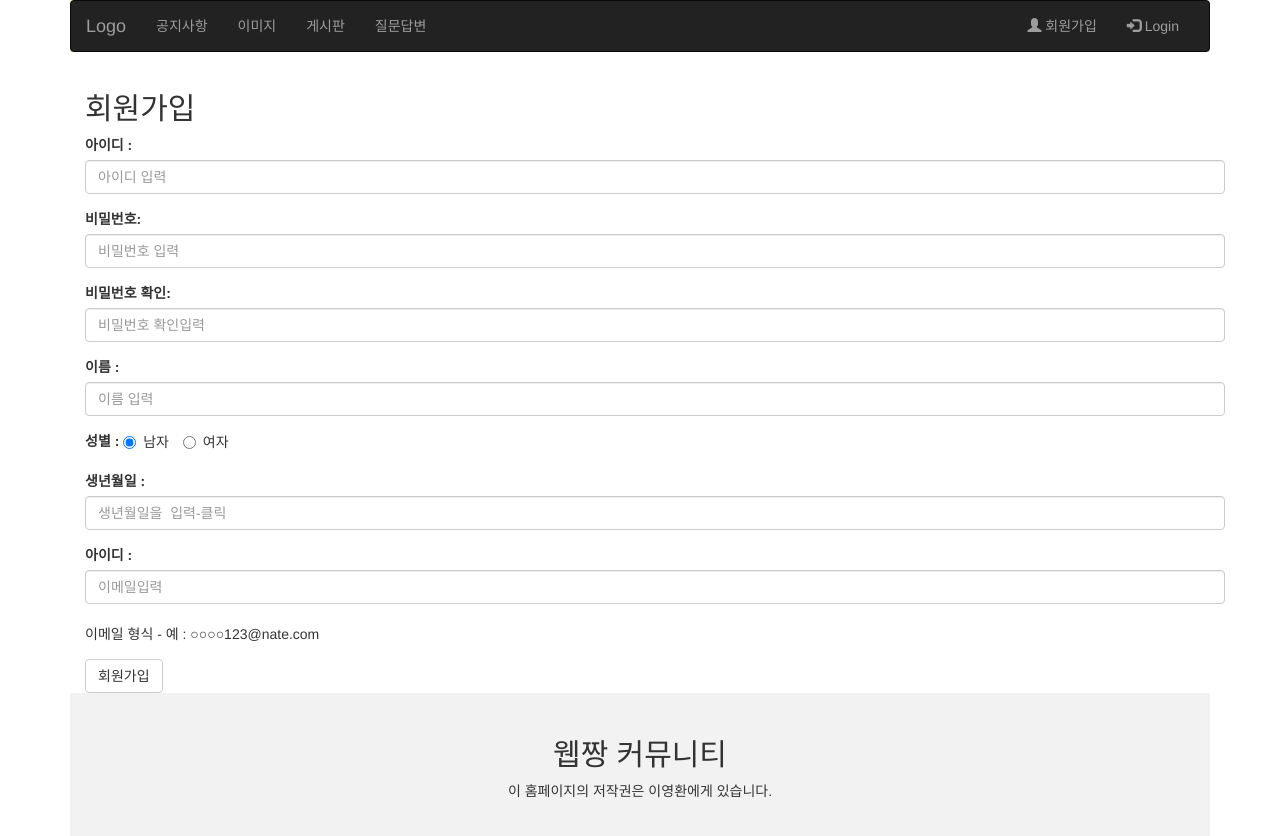
Repository: xo461/test
Page: http://localhost/webjjangcom_ver2/member/joinForm.jsp
The author's editor kept a copy of each file at every save. The page is drawn from the files as they stood at one save, then again after the next save.
The browser window is 1280 px wide. The pictures show the whole page.
Some web libraries are served in a nearby version. The page is served by Tomcat 9. Other server files are loaded and not shown. The template is opened directly, without the code that normally fills it, so the values that code supplies are empty.

Above is the page before, as saved 2019-11-13 03:42:43.

### web/webjjangcom_ver2/WebContent/WEB-INF/sitemesh.xml
<?xml version="1.0" encoding="UTF-8"?>
<!DOCTYPE XML>
<!-- 작성자 : 이영환 -->
<!-- 작성일 : 2018-11-14 -->
<!-- sitemesh 설정에 대한 정의 xml 파일 -->
<sitemesh>
	<!-- 레이아웃 꾸미기는 /WEB-INF/decorators.xml로 정의 -->
	<property name="decorators-file" value="/WEB-INF/decorators.xml" />
	<!-- 위에 property로 정의된 xml를 포함 시킨다. -->
	<excludes file="${decorators-file}" />

	<!-- HTML 분해 객체 선택 : title, head, body-->
	<page-parsers>
		<parser content-type="text/html"
			class="com.opensymphony.module.sitemesh.parser.HTMLPageParser" />
	</page-parsers>

	<!-- HTML 조립기 -->
	<decorator-mappers>
		<mapper

			class="com.opensymphony.module.sitemesh.mapper.ConfigDecoratorMapper">
			<param name="config" value="${decorators-file}" />
		</mapper>
	</decorator-mappers>
</sitemesh>

### web/webjjangcom_ver2/WebContent/WEB-INF/decorators.xml
<?xml version="1.0" encoding="UTF-8"?>
<!DOCTYPE XML>
<!-- 작성자 : 이영환 -->
<!-- 작성일 : 2018-11-14 -->
<!-- 꾸미기(레이아웃)에 대한 선언 -->
<decorators defaultdir="/WEB-INF/views/decorator">
	<!-- hello에 대한 요청이 들어오면 적용시키는 레이아웃 선언 -->
	<decorator name="main" page="default_decorator.jsp">
		<!-- url 패턴 중에서 적용이 안되는(패턴의 충돌) 패턴이 있으면 *를 제거하고 적용하세요. -->
<!-- 		<pattern>/</pattern> -->
		<pattern>/main</pattern>
		<pattern>/notice/*</pattern>
		<pattern>/board/*</pattern>
		<pattern>/member/*</pattern>
		<pattern>/qna/*</pattern>
		<pattern>/image/*</pattern>
	</decorator>

	<!-- 관리자의 대한 요청 레이아웃 선언 -->
<!-- 	<decorator name="admin" page="admin_decorator.jsp"> -->
<!-- 		<pattern>/admin/*</pattern> -->
<!-- 	</decorator> -->

	<!-- 데코레이션에서 제외되는 요청을 선언 -->

</decorators>

### web/webjjangcom_ver2/WebContent/member/joinForm.jsp
<%@ page language="java" contentType="text/html; charset=UTF-8"
    pageEncoding="UTF-8"%>
<!DOCTYPE html>
<html>
<head>
<meta charset="UTF-8">
<title>회원가입</title>
<!-- bootstrap 라이브러리 등록 :CDN 방식 -->
  <meta name="viewport" content="width=device-width, initial-scale=1">
  <link rel="stylesheet" href="https://maxcdn.bootstrapcdn.com/bootstrap/3.4.0/css/bootstrap.min.css">
  <link rel="stylesheet" href="//code.jquery.com/ui/1.12.1/themes/base/jquery-ui.css">
  <script src="https://ajax.googleapis.com/ajax/libs/jquery/3.4.1/jquery.min.js"></script>
  <script src="https://maxcdn.bootstrapcdn.com/bootstrap/3.4.0/js/bootstrap.min.js"></script>
  <script src="https://code.jquery.com/ui/1.12.1/jquery-ui.js"></script>

<script>
  $( function() {
    $( "#birth" ).datepicker();
    $( "#birth" ).datepicker( "option", "dateFormat", "yy-mm-dd");
  } );
  </script>
</head>
<body>
<div class="container">

<!-- hearder -> h1 : 첫번째 나오는 제목 -->
	<h2>회원가입</h2>
	<form action="join.jsp" method="post">

<!--     아이디 입력 -->
    <div class="form-group">
      <label for="id">아이디 :</label>
<!--  아이디 입력 - 4자 이상 20자 이내 , 영문자와 숫자만 가능, 맨 앞자리는 영문자, 필수입력 -->
<!-- maxlength : 최대 입력 글자수, pattern : 입력 글자의 형식,
title : 마우스를 올려 놨을때 메시지, 또는 형식에 안맞을 때 사용하는 메세지  -->
      <input type="text" class="form-control" id="id"
      placeholder="아이디 입력" name="id"
      maxlength="20" required="required"
	  pattern="^[A-Za-z][A-Za-z0-9]{3,19}$"
	  title="4-20자 영숫자, 맨 앞자는 영문자"/>
    </div>

<!--     비밀번호 입력 -->
    <div class="form-group">
      <label for="pw">비밀번호:</label>
      <input type="password" class="form-control" id="pw"
      		 maxlength="20" required="required"
			 pattern="^.{4,20}$" title="4-20이내의 글자 입력"
			 placeholder="비밀번호 입력"
      		 name="pw"/>
    </div>

<!--     비밀번호 확인 입력 -->
    <div class="form-group">
      <label for="pw2">비밀번호 확인:</label>
      <input type="password" class="form-control" id="pw2"
      		 maxlength="20" required="required"
			 pattern="^.{4,20}$" title="4-20이내의 글자 입력"
			 placeholder="비밀번호 확인입력"
      		 name="pw2"/>
    </div>

<!--     이름입력 -->
    <div class="form-group">
      <label for="name">이름 :</label>
<!--  아이디 입력 - 2자 이상 10자 이내 , 한글만 가능, 필수입력 -->
<!-- maxlength : 최대 입력 글자수, pattern : 입력 글자의 형식,
title : 마우스를 올려 놨을때 메시지, 또는 형식에 안맞을 때 사용하는 메세지  -->
      <input type="text" class="form-control" id="name"
      placeholder="이름 입력" name="name"
      maxlength="10" required="required"
	  pattern="^[가-힣]{2,10}$"
	  title="2-10자 한글"/>
    </div>

<!--     성별 입력 -->
    <div class="form-group">
        <label for="namd">성별 :</label>
    	<label class="radio-inline">
    		<input type="radio" name="gender" checked
    			value = "남자" >남자
    	</label>
    	<label class="radio-inline">
    		<input type="radio" name="gender"
    			value = "여자" >여자
    	</label>
    </div>

<!--     생년월일 입력 -->
    <div class="form-group">
      <label for="birth">생년월일 :</label>
<!-- maxlength : 최대 입력 글자수, pattern : yyyy-mm-dd,
title : 마우스를 올려 놨을때 메시지, 또는 형식에 안맞을 때 사용하는 메세지  -->
      <input type="text" class="form-control" id="birth"
      placeholder="생년월일을  입력-클릭" name="birth"
      maxlength="10" required="required"
	  pattern="^[0-9]{4}-[0-9]{1,2}-[0-9]{1,2}$"
	  />
    </div>

<!--     이메일 입력 -->
	  <div class="form-group">
      <label for="id">아이디 :</label>
<!--  아이디 입력 - 4자 이상 20자 이내 , 영문자와 숫자만 가능, 맨 앞자리는 영문자, 필수입력 -->
<!-- maxlength : 최대 입력 글자수, pattern : 입력 글자의 형식,
title : 마우스를 올려 놨을때 메시지, 또는 형식에 안맞을 때 사용하는 메세지
type="email" 작성하면 에 이메일 형식에 맞는지도 검사한다.   -->

      <input type="text" class="form-control" id="email"
      placeholder="이메일입력" name="email"
      maxlength="50" required="required"
	  pattern="/^[_0-9a-zA-Z-]+(\.[_0-9a-zA-Z-]+)*@[0-9a-zA-Z-]+(\.[0-9a-zA-Z-]+)*$/ "
	  title="이메일 형식 - 예 : ○○○○123@nate.com"
	  /><br/>
	  이메일 형식 - 예 : ○○○○123@nate.com
    </div>

    <button type="submit" class="btn btn-default">회원가입</button>
</form>
</div>
</body>
</html>

### web/webjjangcom_ver2/WebContent/WEB-INF/views/decorator/default_decorator.jsp
<!-- sitemesh 사용을 위한 설정 파일 -->
<!-- 작성자 : 이영환 -->
<!-- 작성일 : 2018-11-14 -->

<%@ page language="java" contentType="text/html; charset=UTF-8"
	pageEncoding="UTF-8"%>
<%@taglib prefix="decorator"
	uri="http://www.opensymphony.com/sitemesh/decorator"%>
<%@taglib prefix="c" uri="http://java.sun.com/jsp/jstl/core"%>
<!DOCTYPE html>
<html>

<head>
<meta http-equiv="Content-Type" content="text/html; charset=UTF-8">

<!-- title을 개별 jsp에 있는 title로 적용한다. -->
<title>웹짱::<decorator:title /></title>

<!-- jQuery, BootStrap 웹 라이브러리를 등록 했으므로 url 적용되는 개별 jsp에 등록 금지 -->
<meta name="viewport" content="width=device-width, initial-scale=1">

<link rel="stylesheet"
	href="https://maxcdn.bootstrapcdn.com/bootstrap/3.3.7/css/bootstrap.min.css">
<!-- 구글 아이콘 라이브러리 등록 : CSS -->
<link href="https://fonts.googleapis.com/icon?family=Material+Icons" rel="stylesheet">
<script
	src="https://ajax.googleapis.com/ajax/libs/jquery/3.1.1/jquery.min.js"></script>
<script
	src="https://maxcdn.bootstrapcdn.com/bootstrap/3.3.7/js/bootstrap.min.js"></script>

<style type="text/css">
header, footer {
	background: AntiqueWhite;
}

pre {
	background: white;
	border: 0px;
}

/* Remove the navbar's default margin-bottom and rounded borders */
.navbar {
	margin-bottom: 0;
	border-radius: 0;
}

/* Add a gray background color and some padding to the footer */
footer {
	background-color: #f2f2f2;
	padding: 25px;
}

.carousel-inner img {
	width: 100%; /* Set width to 100% */
	margin: auto;
	min-height: 200px;
}

/* Hide the carousel text when the screen is less than 600 pixels wide */
@media ( max-width : 600px) {
	.carousel-caption {
		display: none;
	}
}

article {
	min-height: 460px;
}

#welcome {
	color: grey;
	margin: 0 auto;
}
</style>
<!-- <script type="text/javascript" src="../js/jquery.js"></script> -->
<script type="text/javascript">
	$(document).ready(function() {
	});
</script>
<!-- 개별 jsp의 head 태그안에 있는 css, js를 넣어준다. -->
<decorator:head/>
</head>
<body>
	<div class="container">
<!-- 	메뉴나 로고 등  -->
	<header>
		<nav class="navbar navbar-inverse">
			<div class="container-fluid">

				<!-- 회사 로고 부분 -->
				<div class="navbar-header">
					<button type="button" class="navbar-toggle" data-toggle="collapse"
						data-target="#myNavbar">
						<span class="icon-bar"></span> <span class="icon-bar"></span> <span
							class="icon-bar"></span>
					</button>
					<a class="navbar-brand" href="${absUri }">Logo</a>
				</div>

				<!-- 모듈 메뉴 -->
				<div class="collapse navbar-collapse" id="myNavbar">
					<ul class="nav navbar-nav">
						<li><a href="/notice/list.jsp">공지사항</a></li>
						<li><a href="/image/list.jsp">이미지</a></li>
						<li><a href="/board/list.jsp">게시판</a></li>
						<li><a href="/qna/list.jsp">질문답변</a></li>
						<!-- 회원관리는 관리자 권한으로 로그인하면 보인다. -->
						<c:if test="${!empty login }">

				<!-- 관리자 메뉴  -->
							<c:if test="${login.grade==9 }">
								<li><a href="/member/list.jsp">회원관리</a></li>
							</c:if>
						</c:if>
					</ul>


					<!-- 오른쪽에 위치하는 메뉴바 -->
					<ul class="nav navbar-nav navbar-right">

						<!-- 로그인을 안한 경우의 메뉴 -->
						<c:if test="${empty login }">
							<li><a href="/member/joinForm.jsp"><span
									class="glyphicon glyphicon-user"></span> 회원가입</a></li>
							<li><a href="/member/loginForm.jsp"><span
									class="glyphicon glyphicon-log-in"></span> Login</a></li>
						</c:if>

						<!-- 로그인은 한 경우의 메뉴 -->
						<c:if test="${!empty login }">
							<li id="welcome"><a href="#">${login.name}[${login.gradeName }]</a></li>
							<li><a href="/member/view.do"> 내 정보 보기</a></li>
							<li><a href="/member/logout.do"><span
									class="glyphicon glyphicon-log-in"></span> Logout</a></li>
						</c:if>
					</ul>
				</div>
			</div>
		</nav>
	</header>
	<article>
		<decorator:body />
	</article>
	<footer class="container-fluid text-center">
		<h2>웹짱 커뮤니티 </h2>
		<p>이 홈페이지의 저작권은 이영환에게 있습니다.</p>
	</footer>
	</div>
</body>
</html>

After the next save:
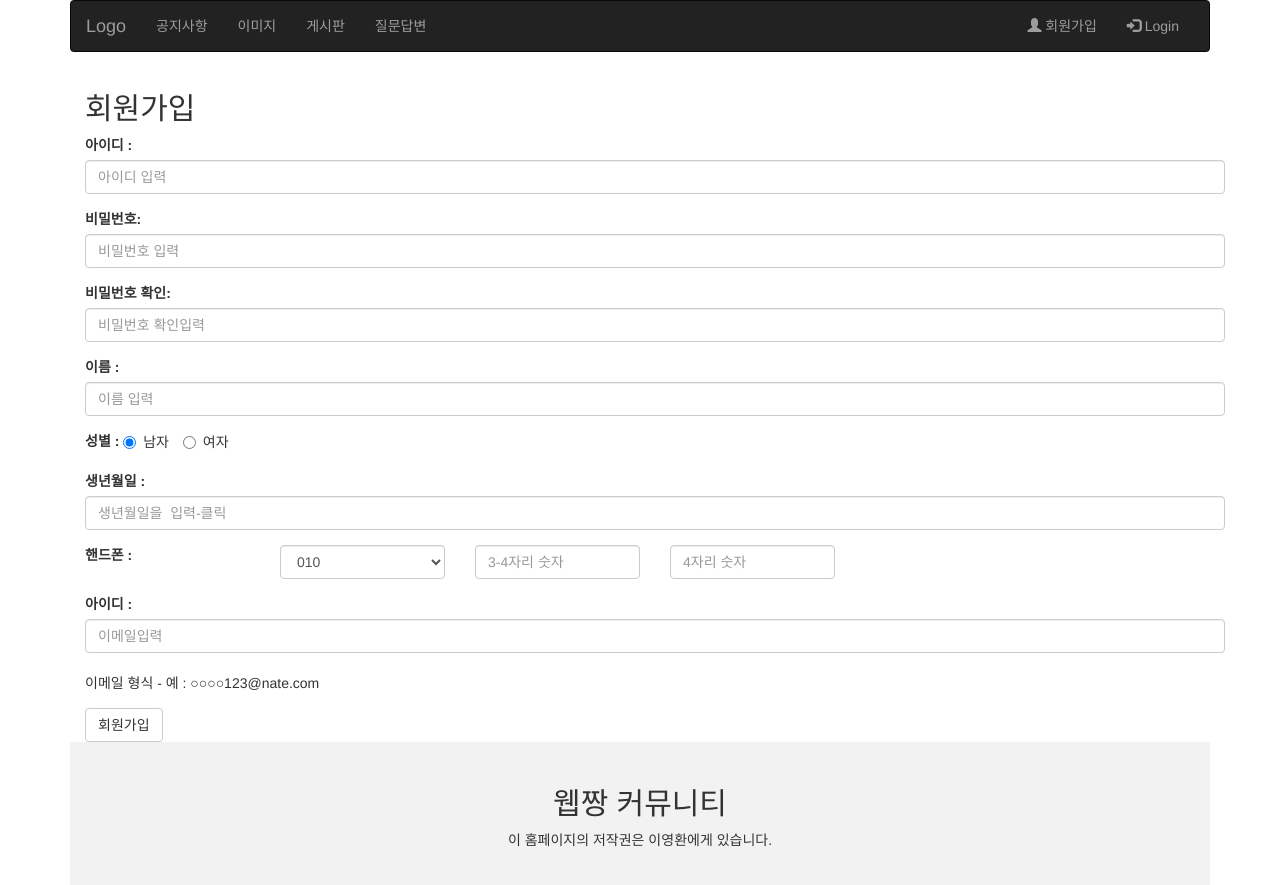
Saved 8 min 30 s later.
--- a/web/webjjangcom_ver2/WebContent/member/joinForm.jsp
+++ b/web/webjjangcom_ver2/WebContent/member/joinForm.jsp
@@ -98,6 +98,41 @@ title : 마우스를 올려 놨을때 메시지, 또는 형식에 안맞을 때
 	  />
     </div>
 
+<!--     전화번호 입력 -->
+    <div class="form-group row">
+      <div class="col-xs-2">
+      <label for="tel">핸드폰 :</label>
+      </div>
+       <div class="col-xs-2">
+	      <select class="form-control" id="tel1" name="tel">
+	    	<option selected = "selected">010</option>
+	    	<option>011</option>
+	    	<option>016</option>
+	    	<option>017</option>
+	    	<option>018</option>
+	    	<option>019</option>
+	      </select>
+     </div>
+      <div class="col-xs-2">
+<!-- maxlength : 최대 입력 글자수, pattern : yyyy-mm-dd,
+title : 마우스를 올려 놨을때 메시지, 또는 형식에 안맞을 때 사용하는 메세지  -->
+      <input type="number" class="form-control" id="tel2"
+      placeholder="3-4자리 숫자" name="tel"
+      maxlength="4" required="required"
+      pattern="^[0-9]{3,4}$" title="숫자로 3-4자리입력"
+	  />
+	  </div>
+      <div class="col-xs-2">
+<!-- maxlength : 최대 입력 글자수, pattern : yyyy-mm-dd,
+title : 마우스를 올려 놨을때 메시지, 또는 형식에 안맞을 때 사용하는 메세지  -->
+      <input type="number" class="form-control" id="tel3"
+      placeholder="4자리 숫자" name="tel"
+      maxlength="4" required="required"
+      pattern="^[0-9]{4}$" title="숫자로 4자리입력"
+	  />
+	  </div>
+    </div>
+
 <!--     이메일 입력 -->
 	  <div class="form-group">
       <label for="id">아이디 :</label>
@@ -109,7 +144,6 @@ type="email" 작성하면 에 이메일 형식에 맞는지도 검사한다.   -
       <input type="text" class="form-control" id="email"
       placeholder="이메일입력" name="email"
       maxlength="50" required="required"
-	  pattern="/^[_0-9a-zA-Z-]+(\.[_0-9a-zA-Z-]+)*@[0-9a-zA-Z-]+(\.[0-9a-zA-Z-]+)*$/ "
 	  title="이메일 형식 - 예 : ○○○○123@nate.com"
 	  /><br/>
 	  이메일 형식 - 예 : ○○○○123@nate.com
